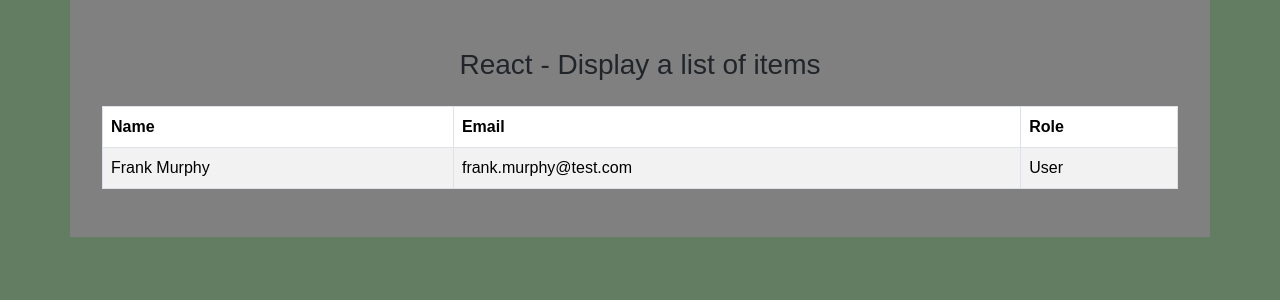
Repository: ryangen97/TT4_Group12
Page: / (app in dbsseed/)
An editor plug-in stored every save of this project. The page is shown before and after the next save, followed by the edit.
The browser window is 1280 px wide. The pictures show the whole page.
The project was rebuilt for these pictures with package versions that can differ from the ones it lists, and the page was loaded fresh each time. Also part of the build but not shown: dbsseed/src/Login.js.

Above is the page before, as saved 2021-05-07 12:37:52.

After the next save:
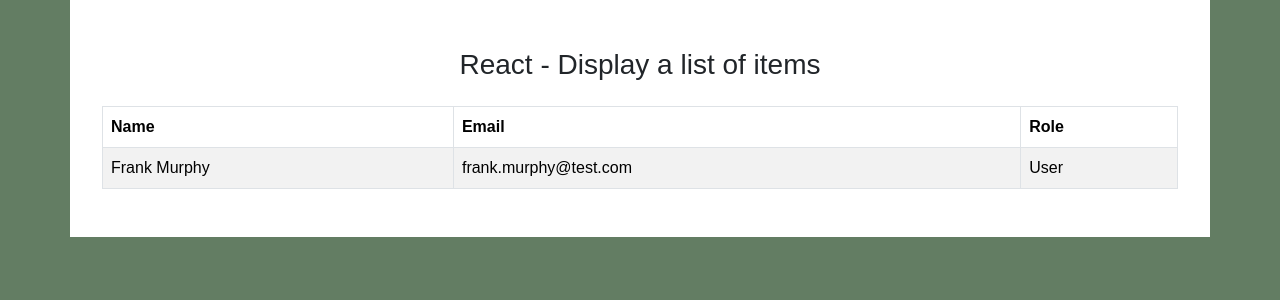
Saved 7 s later.
--- a/dbsseed/src/App.css
+++ b/dbsseed/src/App.css
@@ -38,7 +38,7 @@
 }
 
 .container {
-  background-color: gray;
+  background-color: white;
   padding: 2rem;
 }
 
